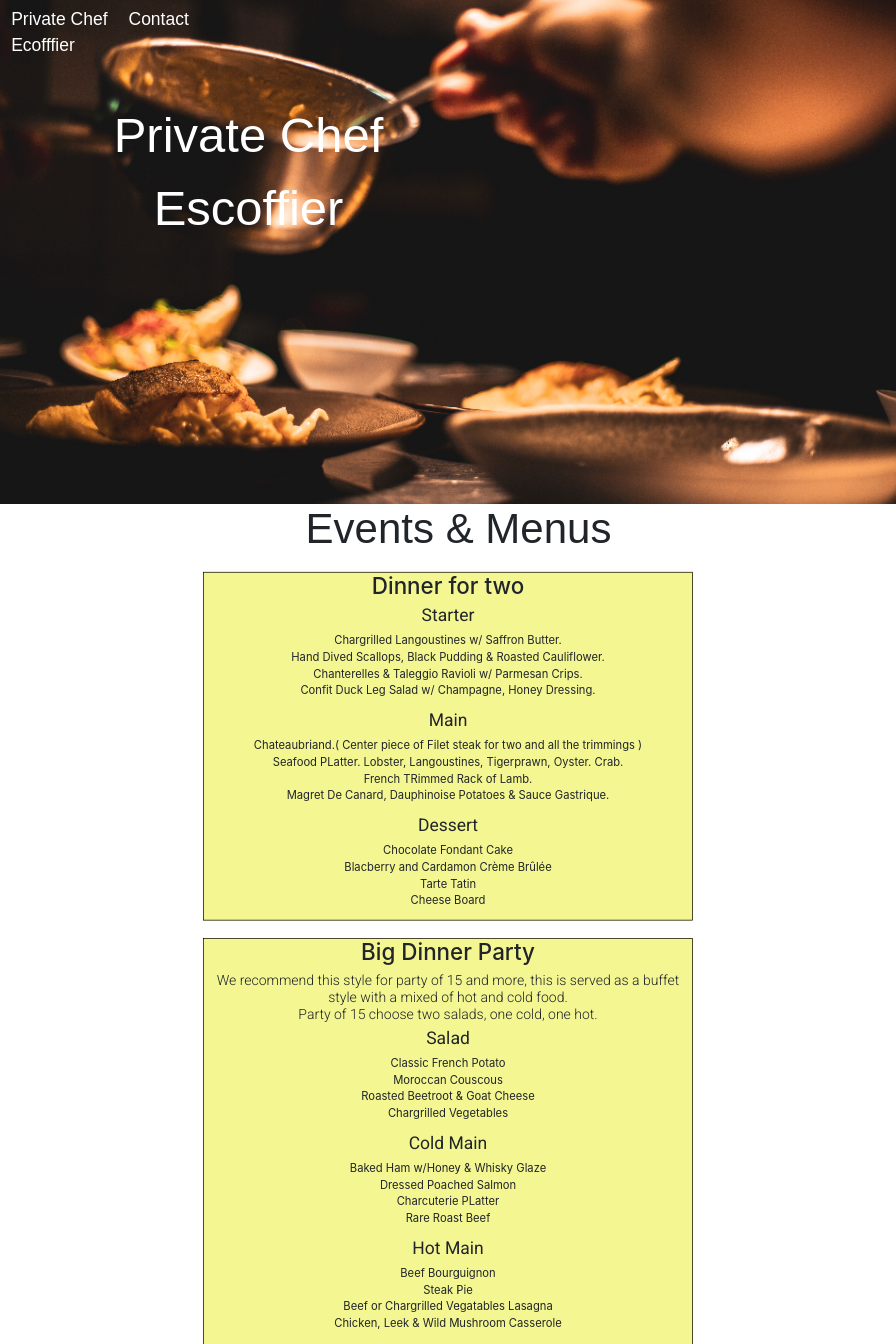
Repository: Mrsebastino/First-Milestone
Page: menu.html
The author's editor kept a record of every edit. The page is drawn from the files as they stood at one moment, then again after the next edit.
The browser window is 1280 px wide. The pictures show the part of the page from y = 0 to 1920 px (the page is 3552 px tall before and 3336 px after), at 70% of full size.
Backgrounds fixed to the window are drawn as part of the page. Some web fonts or font styles are not loaded; a fallback is used. Some web libraries are served in a nearby version.

Above is the page before.

After the next edit:
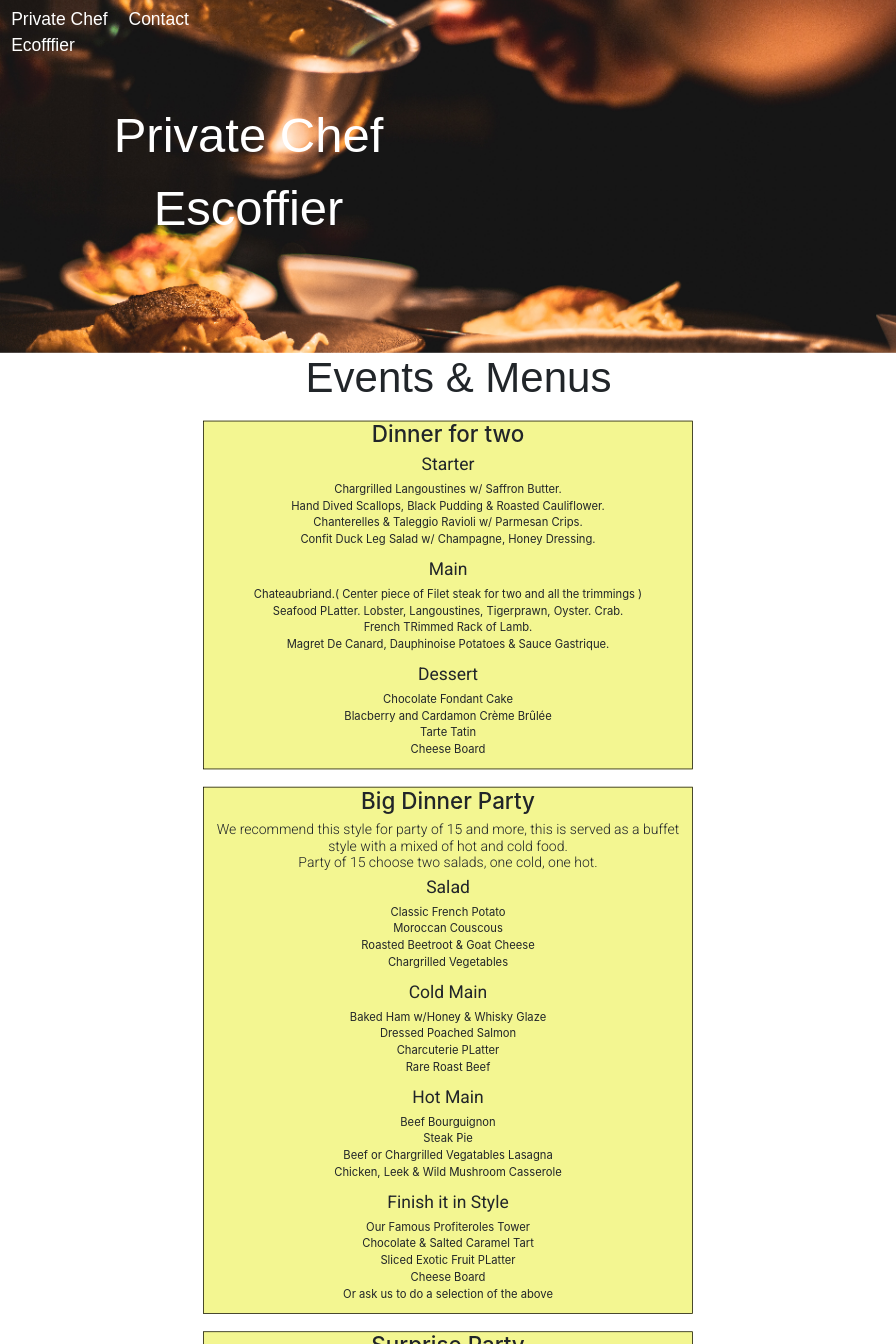
The edit:
--- a/menu.html
+++ b/menu.html
@@ -15,7 +15,7 @@
 
 <body>
     <header>
-        <div class="landing-page">
+        <div class="landing-page-menu">
             <nav class="navbar navbar-expand-lg navbar-light bg-transparent">
                 <button class="navbar-toggler" type="button" data-toggle="collapse" data-target="#navbarNavDropdown" aria-controls="navbarNavDropdown" aria-expanded="false" aria-label="Toggle navigation">
                                <span class="navbar-toggler-icon"></span>
